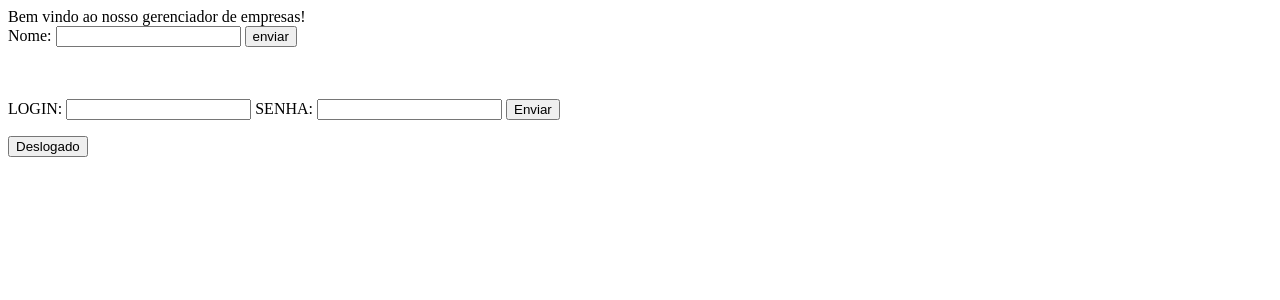
Repository: silllvio/alura
Page: workspace/gerenciador/WebContent/index.html
An editor plug-in stored every save of this project. The page is shown before and after the next save, followed by the edit.
The browser window is 1280 px wide. The pictures show the whole page.

Above is the page before, as saved 2016-11-27 23:06:02.

### workspace/gerenciador/WebContent/index.html
<html>
<body>
	Bem vindo ao nosso gerenciador de empresas!
	<br />

	<form action="novaEmpresa" method="POST">
		Nome: <input type="text" name="nome"> <input type="submit"
			value="enviar">

	</form>

<br>
<br>
<form action="login" method="POST">
	LOGIN: <input type = "email" name= "email"/>
	SENHA: <input type = "password" name = "senha" />
		   <input type = "submit" value = "Enviar" />

</form>

<form action="logout" method="POST">
<input type="submit" value = "Deslogado" />
</form>

</body>
</html>

After the next save:
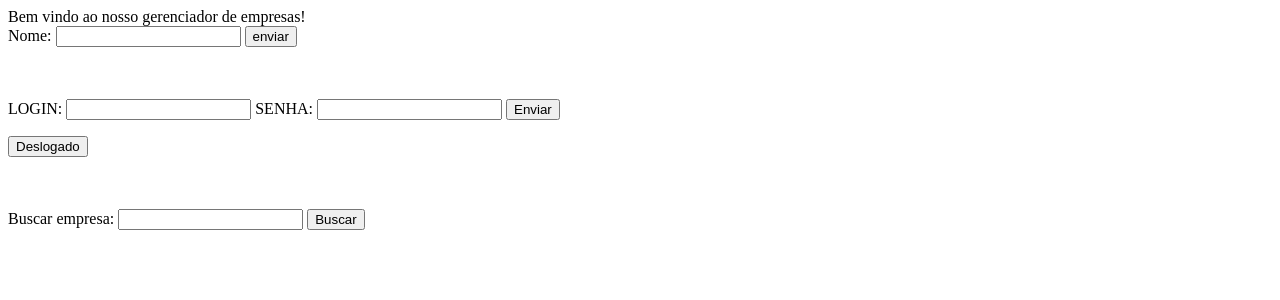
Saved 4 min 42 s later.
--- a/workspace/gerenciador/WebContent/index.html
+++ b/workspace/gerenciador/WebContent/index.html
@@ -22,5 +22,13 @@
 <input type="submit" value = "Deslogado" />
 </form>
 
+<br>
+<br>
+
+<form action="buscaEmpresa" method="POST">
+ Buscar empresa: 	<input type = "text" name ="empresaBuscada">
+					<input type="submit" value = "Buscar">
+</form>
+
 </body>
 </html>
